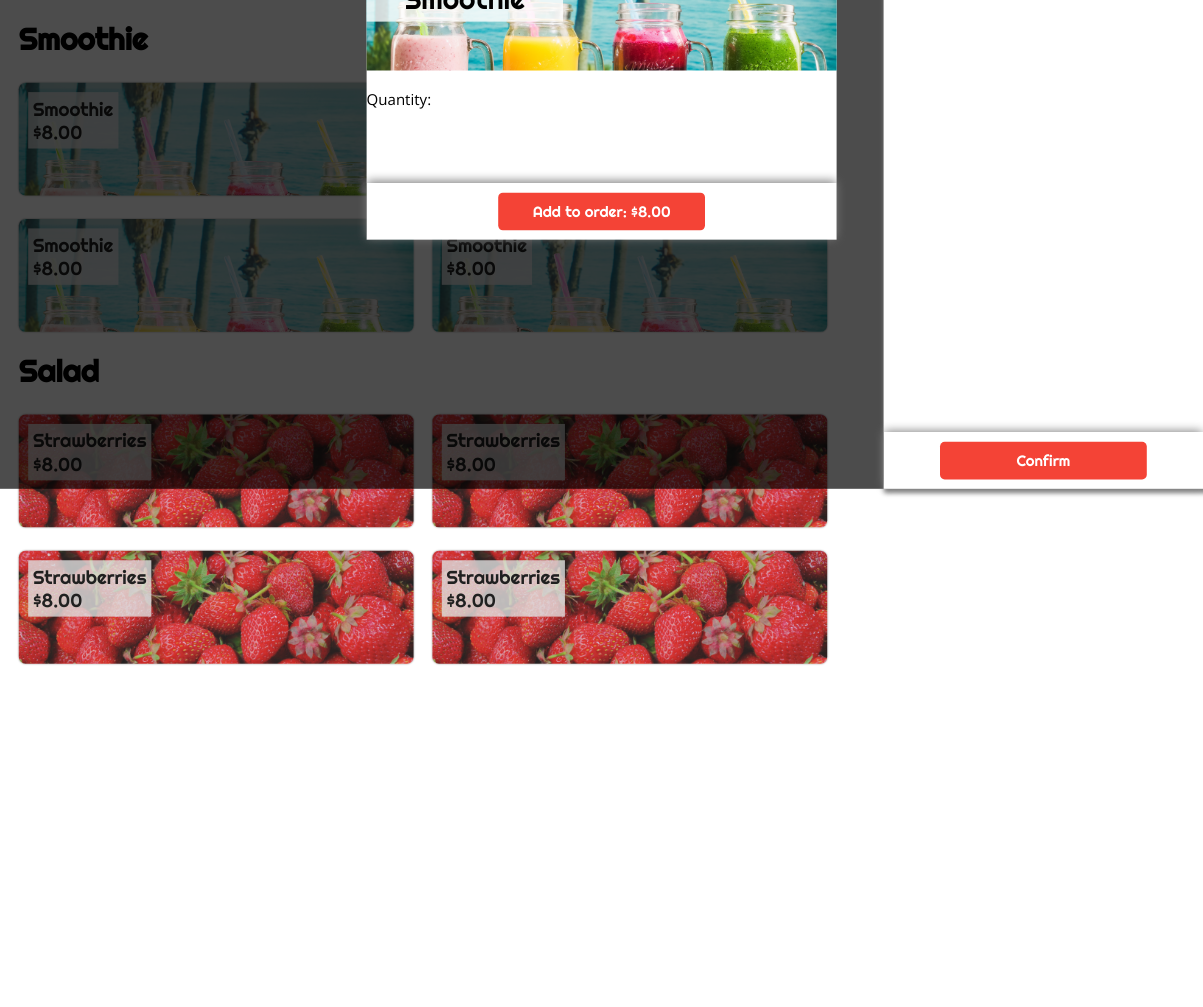
Repository: c0debase/LivingFoods
Page: /, after clicking the first element matching `div.sc-gsFSXq`
The author's editor kept a copy of each file at every save. The page is drawn from the files as they stood at one save, then again after the next save.
The browser window is 1280 px wide. The pictures show the part of the page from y = 200 to 1271 px (the page is 1271 px tall), at 94% of full size.
The project was rebuilt for these pictures with package versions that can differ from the ones it lists, and the page was loaded fresh each time.

Above is the page before, as saved 2021-09-19 22:23:38.

After the next save:
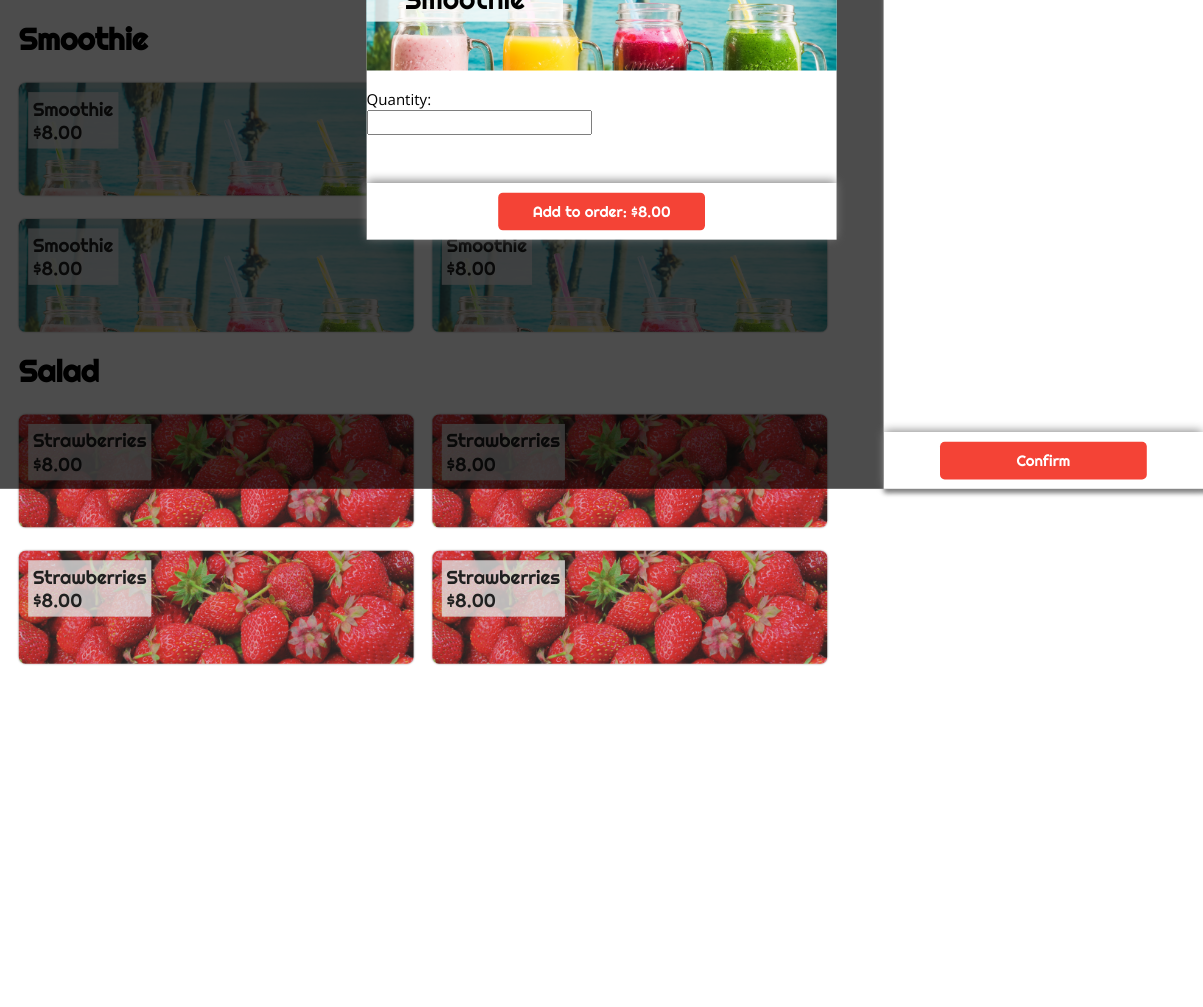
Saved 18 s later.
--- a/src/FoodDialog/QuantityInput.js
+++ b/src/FoodDialog/QuantityInput.js
@@ -10,6 +10,7 @@
   return (
     <div>
       <div>Quantity: </div>
+      <QuantityInputStyled />
     </div>
   )
 }
